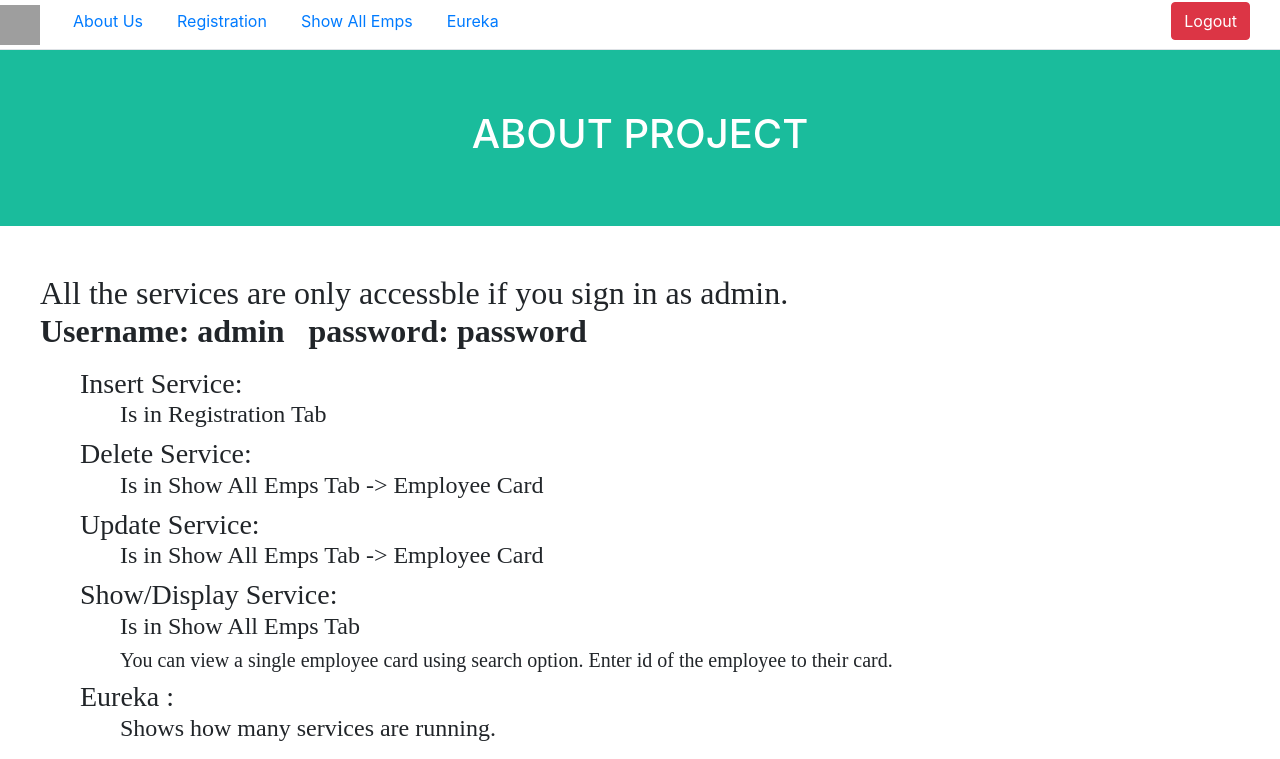
Repository: Shwetank-Chaudhary/EmployeeManagement-
Page: HomePage/src/main/webapp/AboutUs.html
The author's editor kept a copy of each file at every save. The page is drawn from the files as they stood at one save, then again after the next save.
The browser window is 1280 px wide. The pictures show the whole page.
Pictures or frames that could not be fetched are drawn as grey boxes.

Above is the page before, as saved 2024-01-01 19:18:30.

After the next save:
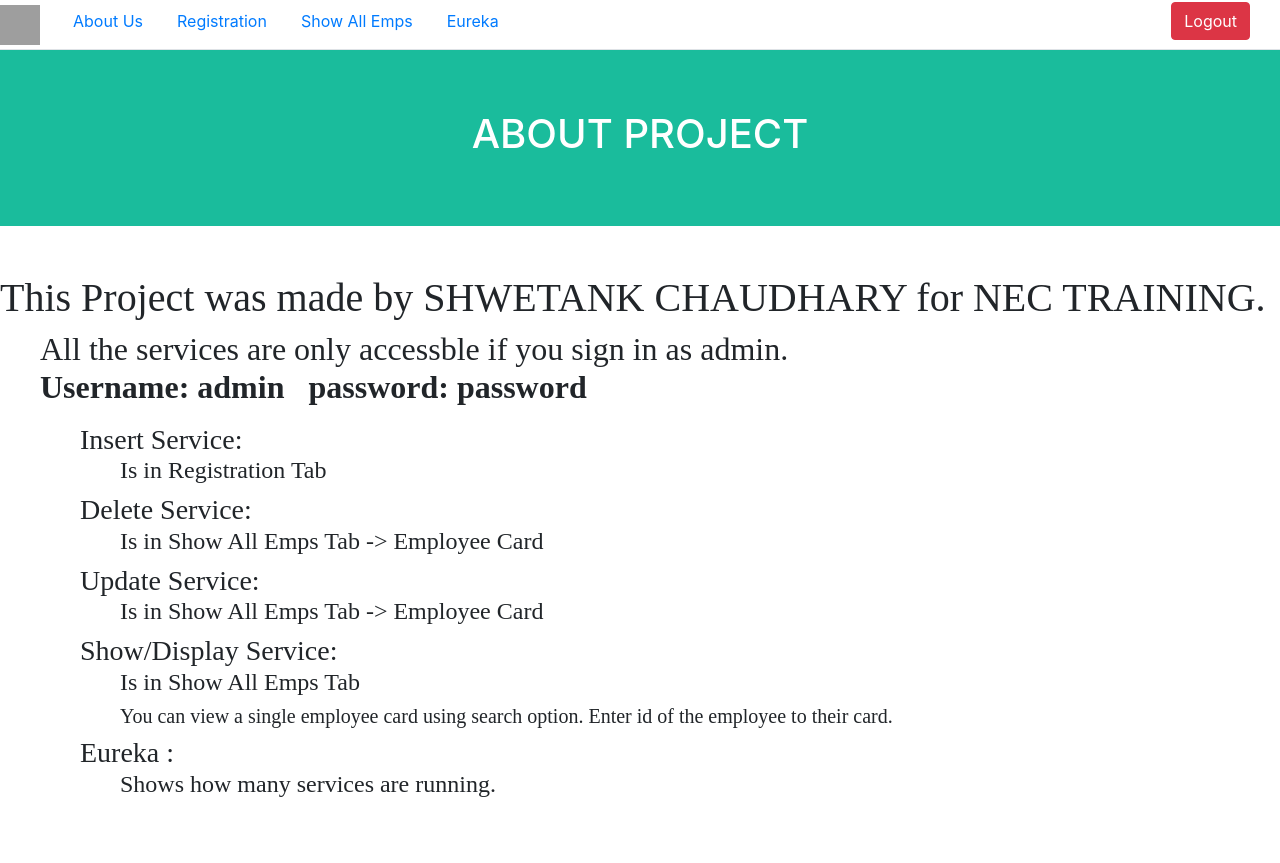
Saved 116 s later.
--- a/HomePage/src/main/webapp/AboutUs.html
+++ b/HomePage/src/main/webapp/AboutUs.html
@@ -59,6 +59,7 @@
 		<h1>ABOUT PROJECT</h1>
 	</div>
 	<div class="content"><br><br>
+	<h1> This Project was made by SHWETANK CHAUDHARY for NEC TRAINING.</h1>
 		<ul>
 			<h2>All the services are only accessble if you sign in as admin.<br>
 				<b>Username: admin &nbsp; password: password</b>
